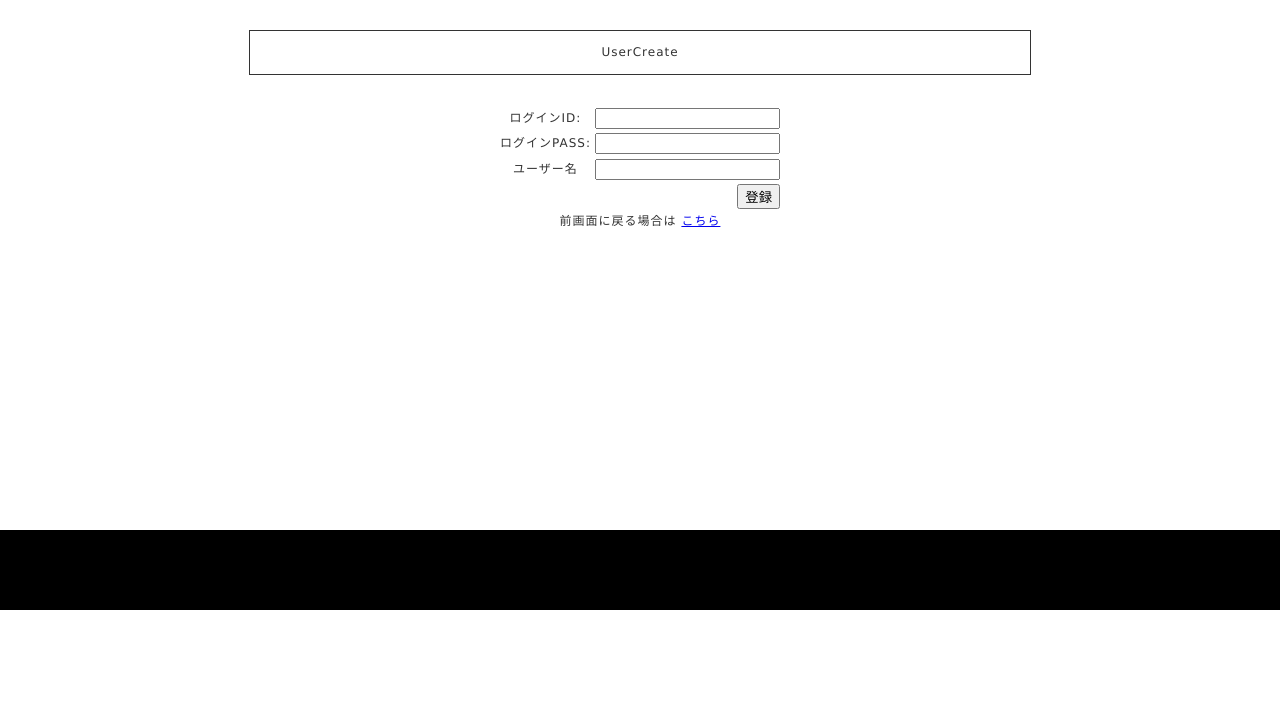
Repository: Numanaka/test
Page: http://localhost/template/UserCreateAction.action
An editor plug-in stored every save of this project. The page is shown before and after the next save, followed by the edit.
The browser window is 1280 px wide. The pictures show the whole page.
The page is served by Tomcat 9.

Above is the page before, as saved 2019-07-05 05:12:56.

After the next save:
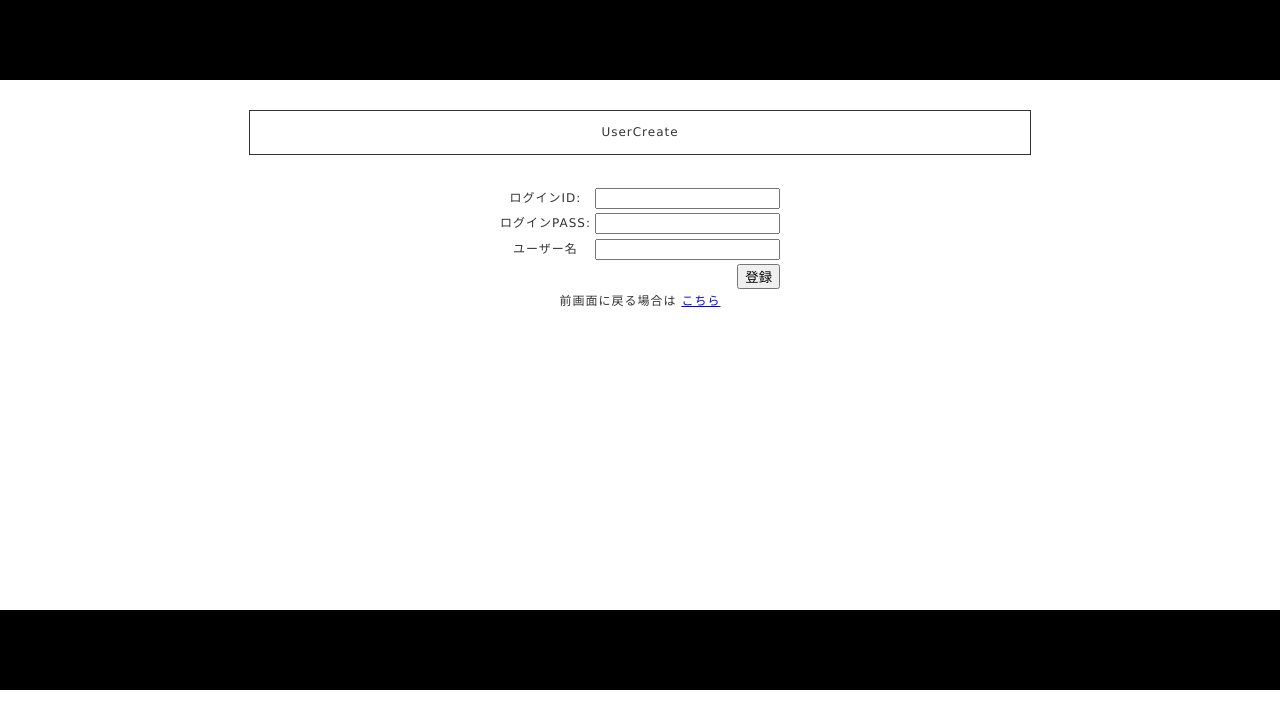
Saved 67 s later.
--- a/template/WebContent/userCreate.jsp
+++ b/template/WebContent/userCreate.jsp
@@ -42,7 +42,7 @@
 
 #header{
 	width: 100%;
-	height: 80%;
+	height: 80px;
 	background-color: black;
 }
 
